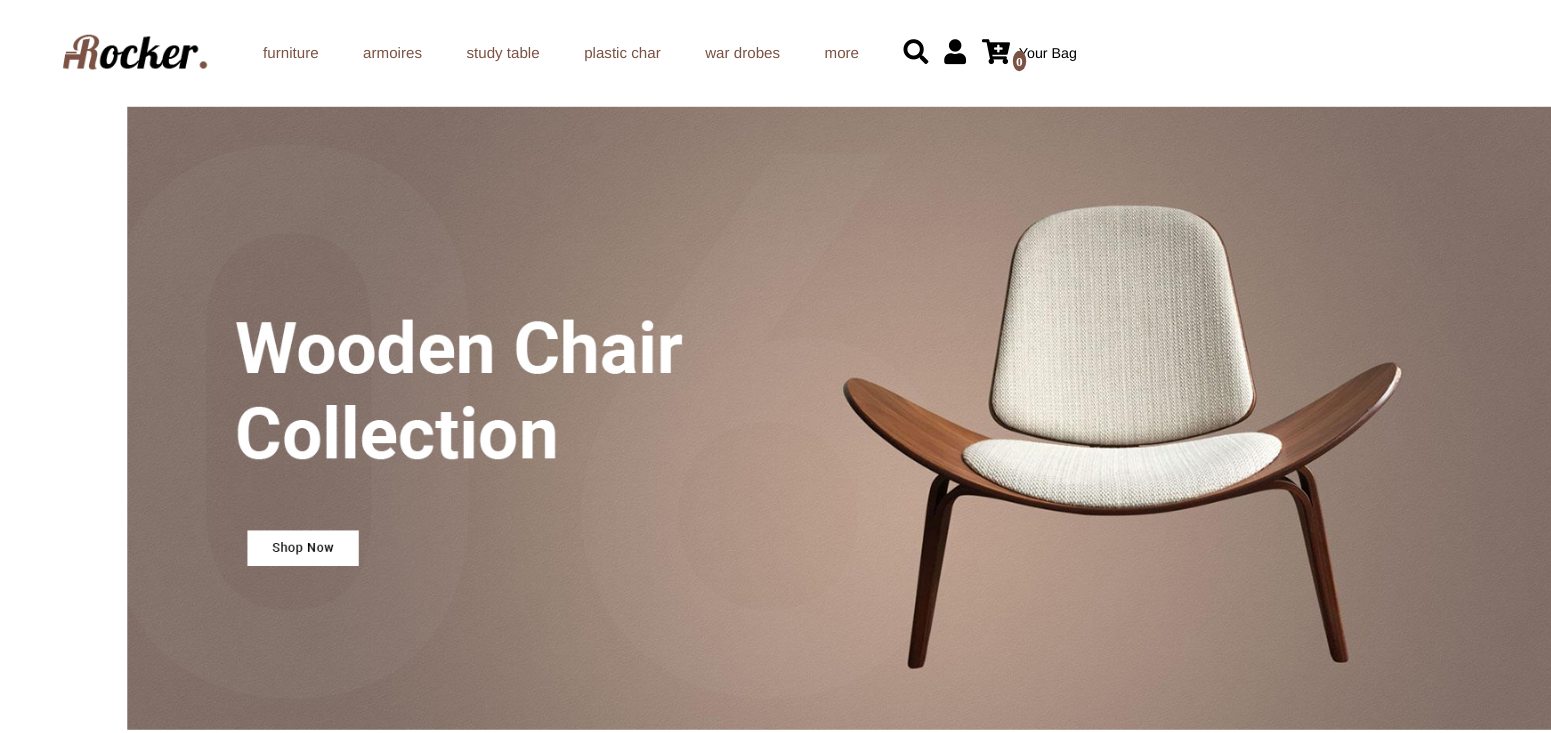
Repository: Ahmed123rezk123/p2-template
Page: index.html
These files come from the project's save history. The page is drawn as it stood at one moment and after a run of saves; the edit follows.
The browser window is 1280 px wide. The page is 1743 px wide, then 1615 px, so the pictures cover 1743 px, including what lies to the right of the window. The pictures show the whole page, at 89% of full size.

Above is the page before, as saved 2024-01-21 20:28:14.

After the next 5 saves:
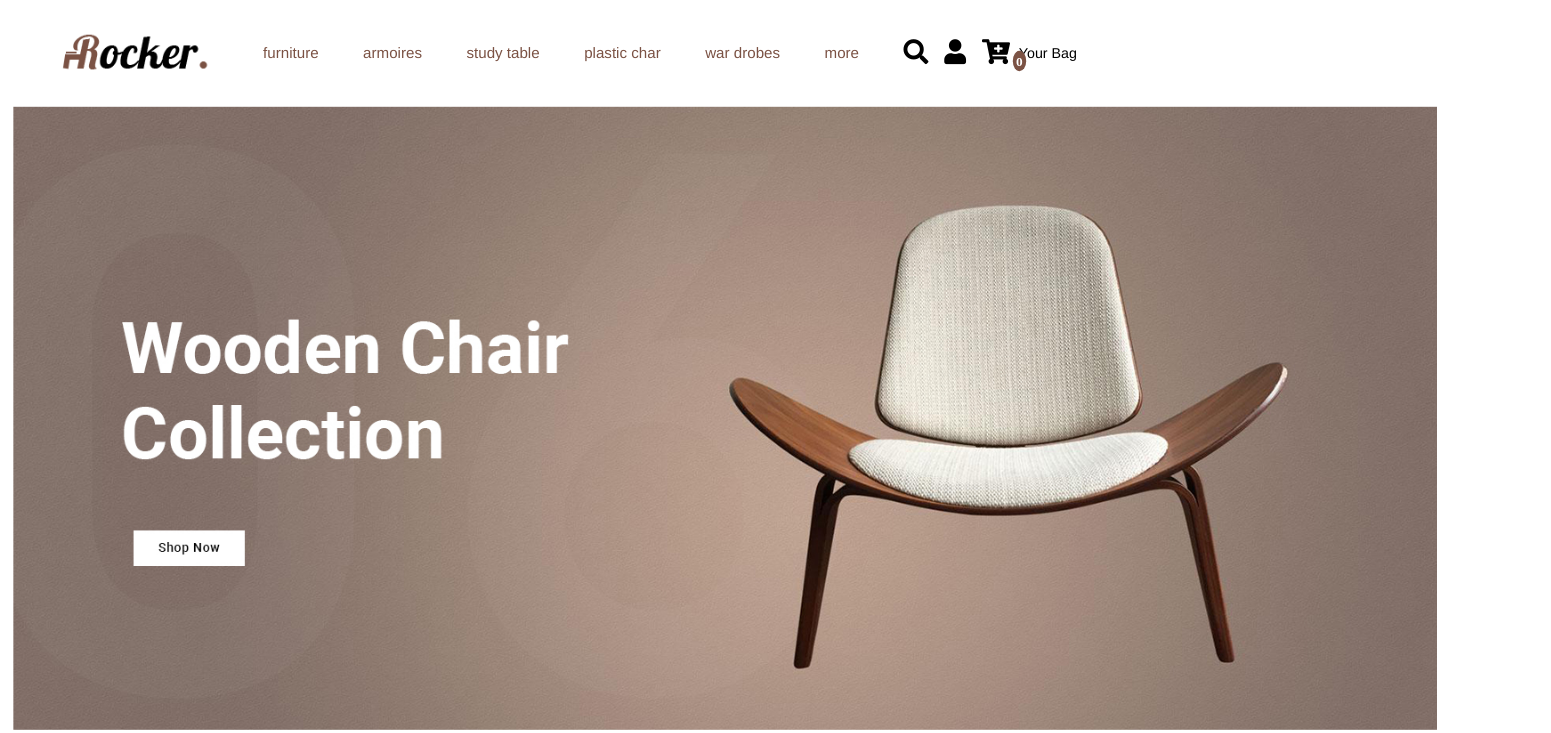
The 5 saves are shown as one change because they came seconds apart.
The last was saved 18 s later.
--- a/css/style.css
+++ b/css/style.css
@@ -100,7 +100,10 @@
 /* End Header */
 /* Start section 1 */
 .section1 .container {
+position: relative;
     width: 80%;
 }
-
+.section1 .container {
+    width: inherit;
+}
 /* End section 1 */
